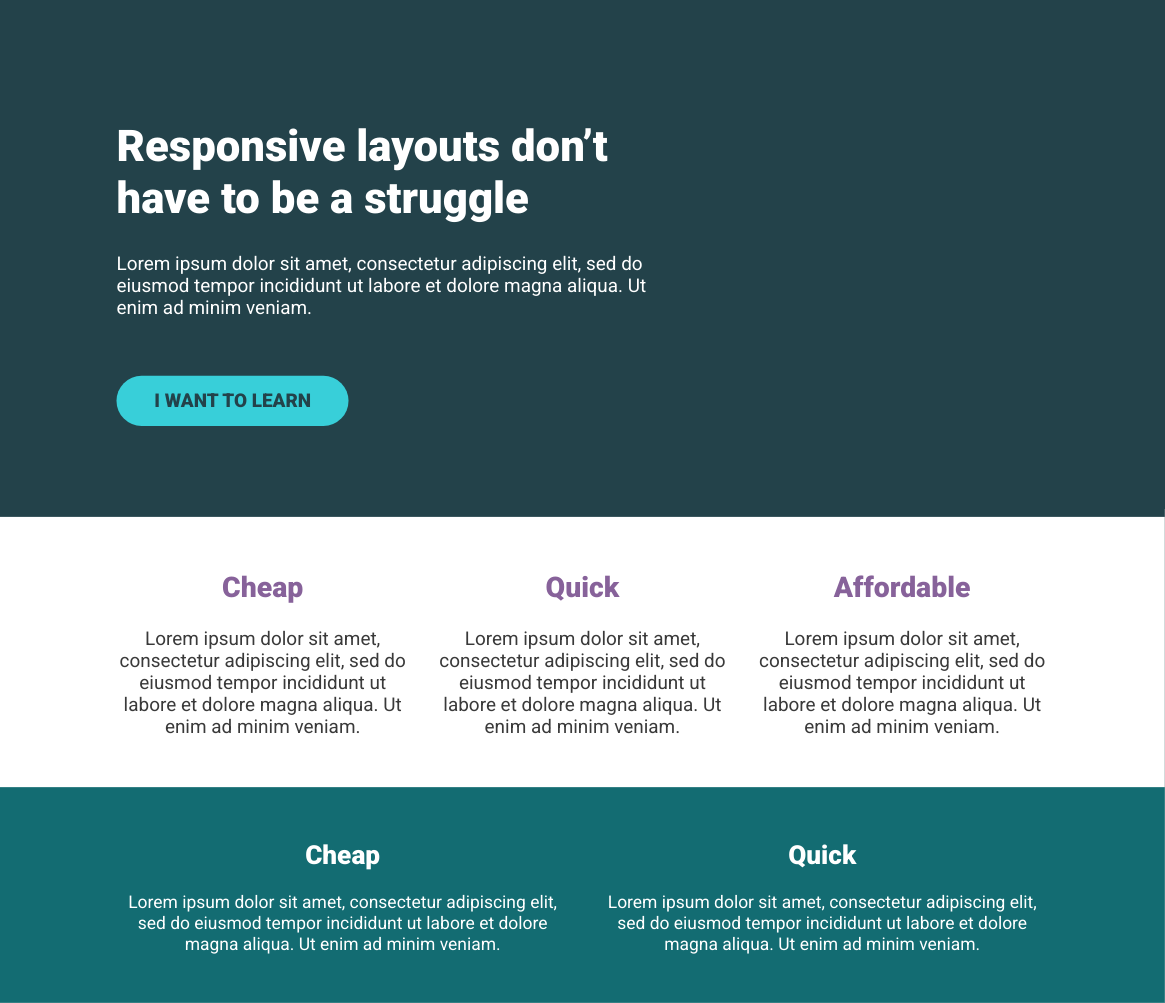
Repository: GregG21/Kevin-Powell-21-day-challange
Page: Day 8/index.html
The author's editor kept a copy of each file at every save. The page is drawn from the files as they stood at one save, then again after the next save.
The browser window is 1280 px wide. The pictures show the whole page, at 91% of full size.
The style sheet was rebuilt from its Sass, Less or Tailwind sources for each picture, by a compiler version that may differ from the author's.

Above is the page before, as saved 2020-09-10 18:46:44.

### Day 8/index.html
<!DOCTYPE html>
<html lang="en">
<head>
    <meta charset="UTF-8">
    <meta name="viewport" content="width=device-width, initial-scale=1.0">
    <title>Challenge time!</title>
    <link href="https://fonts.googleapis.com/css2?family=Roboto:wght@400;900&display=swap" rel="stylesheet">
    <link rel="stylesheet" href="/css/style.css">
</head>
<body>
    <div class="hero">
        <div class="container">
            <div class="hero__text">
                <h1>Responsive layouts don’t have to be a struggle</h1>
                <p>Lorem ipsum dolor sit amet, consectetur adipiscing elit, sed do eiusmod tempor incididunt ut labore et dolore magna aliqua. Ut enim ad minim veniam.</p>
                <a href="#" class="btn">I want to learn</a>
            </div>
        </div>
    </div>
    <div class="container">
        <div class="row">
            <div class="col">
                <h2>Cheap</h2>
                <p>Lorem ipsum dolor sit amet, consectetur adipiscing elit, sed do eiusmod tempor incididunt ut labore et dolore magna aliqua. Ut enim ad minim veniam.</p>
            </div>
            <div class="col">
                <h2>Quick</h2>
                <p>Lorem ipsum dolor sit amet, consectetur adipiscing elit, sed do eiusmod tempor incididunt ut labore et dolore magna aliqua. Ut enim ad minim veniam.</p>
            </div>
            <div class="col">
                <h2>Affordable</h2>
                <p>Lorem ipsum dolor sit amet, consectetur adipiscing elit, sed do eiusmod tempor incididunt ut labore et dolore magna aliqua. Ut enim ad minim veniam.</p>
            </div>
        </div>
    </div>

    <div class="wrapper">
        <div class="container">
    <div class="col">
    <h2>Cheap</h2>
    <p>Lorem ipsum dolor sit amet, consectetur adipiscing elit, sed do eiusmod tempor incididunt ut labore et dolore magna aliqua. Ut enim ad minim veniam.</p>
    </div>
    <div class="col">
    <h2>Quick</h2>
    <p>Lorem ipsum dolor sit amet, consectetur adipiscing elit, sed do eiusmod tempor incididunt ut labore et dolore magna aliqua. Ut enim ad minim veniam.</p>
    </div>
    </div></div>


</body>
</html>

### Day 8/style.scss
/*
////// For this challenge ///////

- You will have to modify the HTML

- You can add new classes in the HTML
  if you need to

// Requirements
1. The headings in the first row must be
   a different color
2. The two .col at the bottom must go next
   to one another
3. The section at the bottom should have
   a dark background color and a different
   color of text
4. I've removed the "gap" that I created,
   so you'll have to add it back in

   */

*, *::before, *::after {
    box-sizing: border-box;
}

body {
    margin: 0;
    font-family: 'Roboto', sans-serif;
    font-size: 1.3rem;
    height: 100vh;
}

h1 {
    font-size: 3rem;
}

.container {
    width: 80%;
    max-width: 1100px;
    margin: 0 auto;
    display: flex;
}

.row {
    /* display: flex => flex container */
    display: flex;
    /* can't use yet */
    /* gap: 100px; */
    h2 {
        color: #87629A;
        font-weight: 900;
        text-align: center;
    }
    p {
        color: #3A3A3A;
        text-align: center;

    }
}

.col {
    /* these are now flex items */
    width: 100%;
    padding: 2.1rem 0;


}
.col + .col {
    margin-left: 30px;
}

.wrapper {
    background-color: #136C72;
    color: white;
    font-weight: 400;
    font-size: 1.2rem;
    text-align: center;

}

.hero {
    padding: 100px 0;
    background-color: #23424A;
    color: #FFF;
}

.hero__text {
    width: 60%;
}

.hero p {
    margin-bottom: 3em;
}

.btn {
    display: inline-block;
    text-decoration: none;
    text-transform: uppercase;
    color: #23424A;
    font-weight: 900;
    background-color: #38CFD9;
    padding: .75em 2em;
    border-radius: 100px;
}

.btn:hover,
.btn:focus {
    opacity: .75;
}

After the next save:
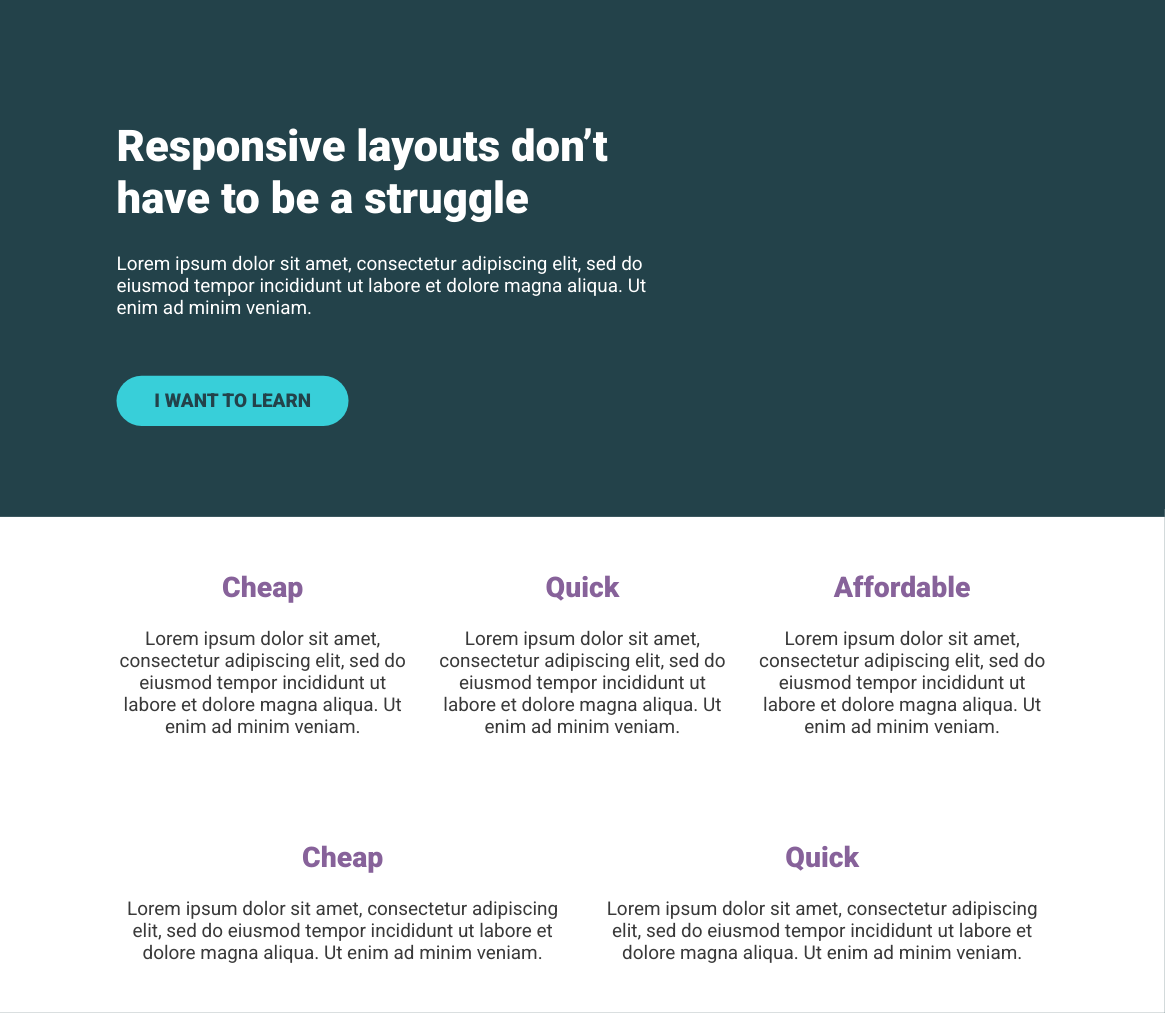
Saved 3 min 24 s later.
--- a/Day 8/index.html
+++ b/Day 8/index.html
@@ -34,8 +34,8 @@
         </div>
     </div>
 
-    <div class="wrapper">
-        <div class="container">
+    <div class="container">
+        <div class="row">
     <div class="col">
     <h2>Cheap</h2>
     <p>Lorem ipsum dolor sit amet, consectetur adipiscing elit, sed do eiusmod tempor incididunt ut labore et dolore magna aliqua. Ut enim ad minim veniam.</p>
@@ -44,7 +44,9 @@
     <h2>Quick</h2>
     <p>Lorem ipsum dolor sit amet, consectetur adipiscing elit, sed do eiusmod tempor incididunt ut labore et dolore magna aliqua. Ut enim ad minim veniam.</p>
     </div>
-    </div></div>
+    </div>
+</div>
+</div>
 
 
 </body>
